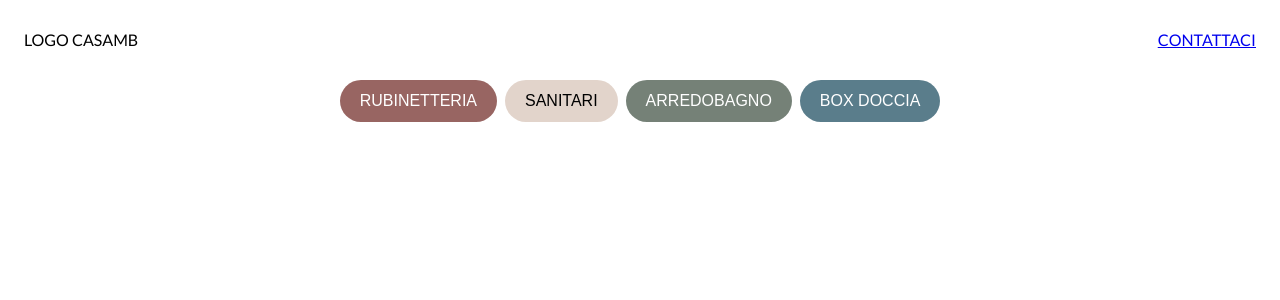
Repository: nicolorz/casamb
Page: /
The author's editor kept a copy of each file at every save. The page is drawn from the files as they stood at one save, then again after the next save.
The browser window is 1280 px wide. The pictures show the whole page.
The project was rebuilt for these pictures with package versions that can differ from the ones it lists, and the page was loaded fresh each time. Also part of the build but not shown: src/index.css, src/App.css.

Above is the page before, as saved 2023-07-18 18:41:29.

### src/index.js
import React from 'react';
import ReactDOM from 'react-dom/client';
import './index.css';
import './assets/css/reset.css'
import './assets/css/style.css'
import App from './App';
import reportWebVitals from './reportWebVitals';

const root = ReactDOM.createRoot(document.getElementById('root'));
root.render(
  <React.StrictMode>
    <App />
  </React.StrictMode>
);

// If you want to start measuring performance in your app, pass a function
// to log results (for example: reportWebVitals(console.log))
// or send to an analytics endpoint. Learn more: https://bit.ly/CRA-vitals
reportWebVitals();

### src/assets/css/style.css
@import url('https://fonts.googleapis.com/css2?family=Lato:ital,wght@0,300;0,400;0,700;1,300;1,400;1,700&display=swap');

html, body {
  margin: 0;
  padding: 0;
  font-size: 16px;
  font-family: 'Lato', sans-serif;
}

.main-wrapper {
  width: 100vw;
  height: 100vh;
  background-color: #fff;
/*   display: flex;
  flex-flow: row nowrap; */
}

/* .sidebar {
  flex: 1;
  background-color: #f6f6f6;
  display: flex;
  flex-flow: column nowrap;
}

.card-wrapper {
  flex: 4;
  padding: 1rem;
  box-sizing: border-box;
  background-color: #EFF8FF;
  border: 1px solid #62A1FF;
  display: flex;
  flex-flow: row nowrap;
  align-items: flex-start;
  gap: 1rem;
}

.footer, .area-buttons {
  width: 100%;
  padding: 1rem;
  box-sizing: border-box;
  background-color: #EFF8FF;
  border: 1px solid #62A1FF;
}

.foooter {
  flex: 0 1 auto;
}

.area-buttons {
  flex: 1 0 auto;
}

.area-buttons {
  display: flex;
  flex-flow: column nowrap;
  gap: 0.5rem;
}

.area-buttons > button {
  align-self: flex-start;
}

.card {
  flex: 0 1 33%;
  padding: 1rem;
  background-color: #62A1FF;
  /* align-self: flex-start;
}

.card > img {
  width: 100%;
} */

### src/App.js
import logo from './logo.svg';
import './App.css';
import  {Header} from './components/HeaderWrapper/HeaderWrapper';

function App() {

  return (
    <div className="main-wrapper">
      <Header />
    </div>
  );
}

export default App;

### src/components/HeaderWrapper/HeaderWrapper.js
import './Header.css'
import { HeaderBottom } from './HeaderBottom'
import { HeaderTop } from './HeaderTop'

export const Header = () => {
    return <div className="header">
        <HeaderTop />
        <HeaderBottom />
    </div>
}

### src/components/HeaderWrapper/Header.css
.header {
    width: 100%;
    padding: 0 24px;
    box-sizing: border-box;
    position: fixed;
    top: 0;
    left: 0;
}

.header-top {
    width: 100%;
    display: flex;
    flex-flow: row nowrap;
    justify-content: space-between;
    align-items: center;
}

.header-top_logo {
    padding: 2rem 0;
}

.header-bottom {
    width: 100%;
    display: flex;
    flex-flow: column nowrap;
    align-items: center;
}

.sorting-area {
    max-width: 900px;
    display: flex;
    flex-flow: row wrap;
    justify-content: center;
    gap: 0.5rem;
}

### src/components/HeaderWrapper/HeaderBottom.js
import { SortingBtn } from "../SortingBtn/Sortingbtn"

const sortingButtons = [
    {
        tag: 'rubinetteria',
        label: 'rubinetteria',
        backgroundColor: '#986562',
        color: true
    },
    {
        tag: 'sanitari',
        label: 'sanitari',
        backgroundColor: '#E2D4CB',
        color: false
    },
    {
        tag: 'arredobagno',
        label: 'arredobagno',
        backgroundColor: '#758177',
        color: true
    },
    {
        tag: 'boxdoccia',
        label: 'box doccia',
        backgroundColor: '#5A7D8B',
        color: true
    }
];

export const HeaderBottom = () => {
    return (
        <div className="header-bottom">
            <div className="sorting-area">
                {sortingButtons.map((el) => {
                    return (
                        <SortingBtn key={el.tag} button={el} />
                    )
                })}
            </div>
        </div>
    )
}

### src/components/HeaderWrapper/HeaderTop.js
export const HeaderTop = () => {
    return <div className="header-top">
        <div className="header-top_logo">LOGO CASAMB</div>
        <a href="*" target="_self">CONTATTACI</a>
    </div>
}

### src/components/SortingBtn/Sortingbtn.js
import './Sortingbtn.css'

export const SortingBtn = ({button}) => {
    return <button
        className="sorting-btn"
        style={{
            backgroundColor: button.backgroundColor,
            color: button.color ? '#fff' : '#000'
        }}
        >
            {button.label.toUpperCase()}
        </button>
};

### src/components/SortingBtn/Sortingbtn.css
.sorting-btn {
    background-color: #62A1FF;
    color: #fff;
    padding: 12px 20px;
    border: none;
    border-radius: 50px;
    -webkit-border-radius: 50px;
    -moz-border-radius: 50px;
    -ms-border-radius: 50px;
    -o-border-radius: 50px;
    font-size: 16px;
    cursor: pointer;
    transition: all 0.3s;
    -webkit-transition: all 0.3s;
    -moz-transition: all 0.3s;
    -ms-transition: all 0.3s;
    -o-transition: all 0.3s;
}

.sorting-btn:hover {
    background-color: #4B84DA;
}

Loaded but not shown: public/index.html (common file); src/assets/css/reset.css (common file); src/reportWebVitals.js (common file)

After the next save:
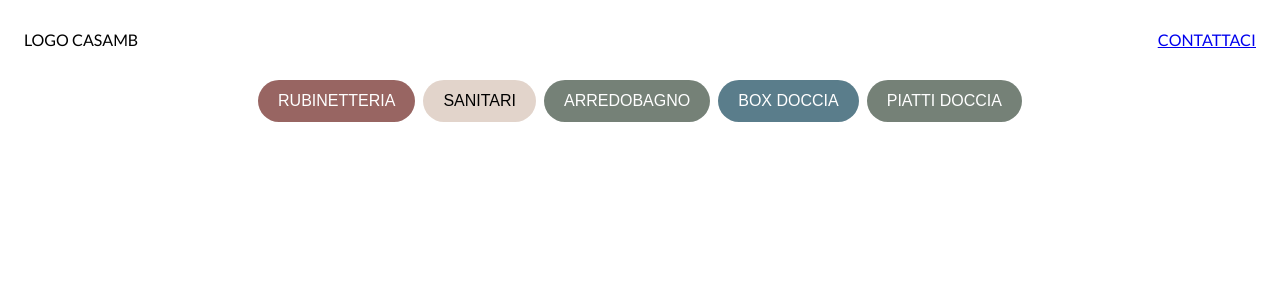
Saved 88 s later.
--- a/src/components/HeaderWrapper/HeaderBottom.js
+++ b/src/components/HeaderWrapper/HeaderBottom.js
@@ -24,7 +24,13 @@ const sortingButtons = [
         label: 'box doccia',
         backgroundColor: '#5A7D8B',
         color: true
-    }
+    },
+    {
+        tag: 'piattidoccia',
+        label: 'piatti doccia',
+        backgroundColor: '#758177',
+        color: true
+    },
 ];
 
 export const HeaderBottom = () => {
